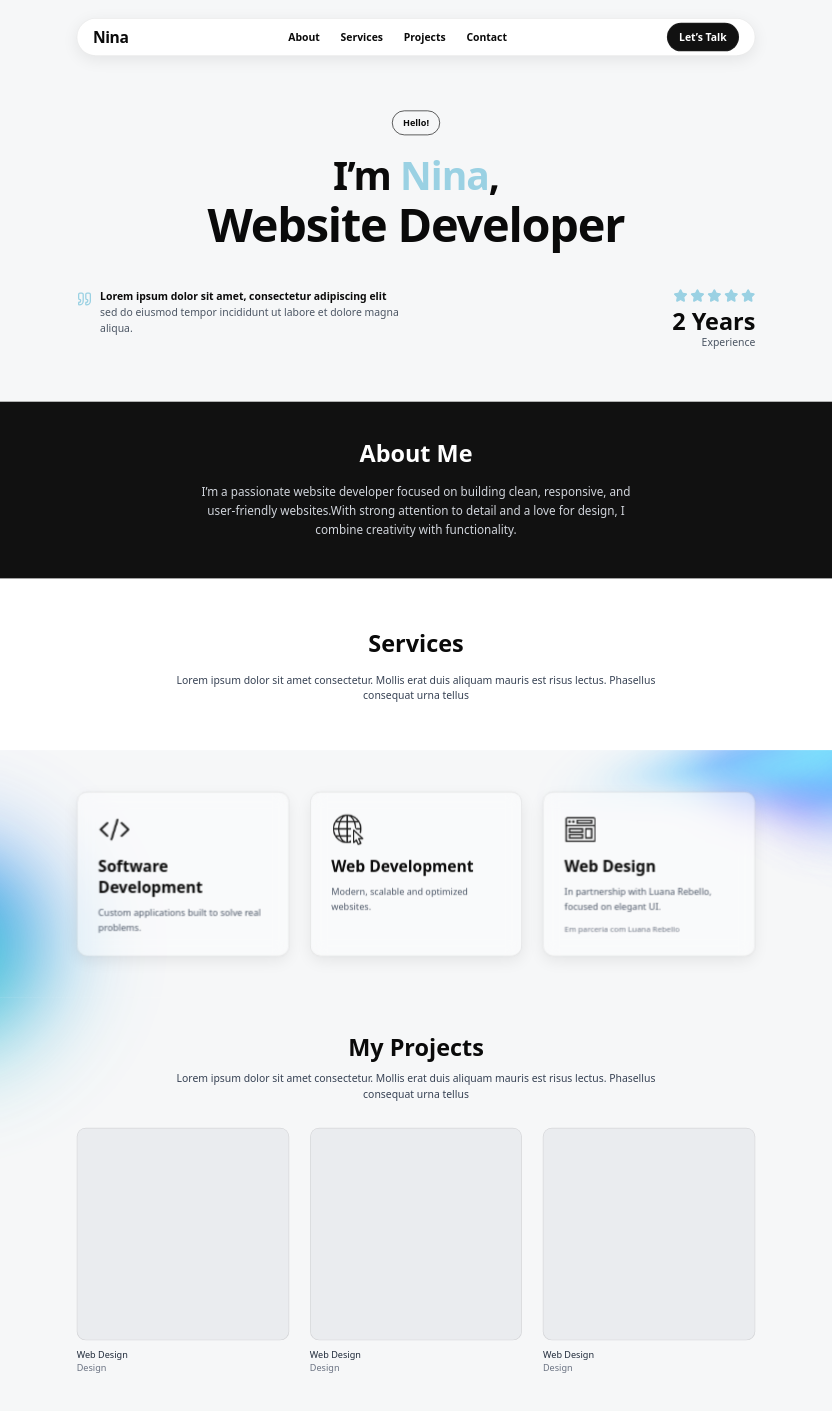
Repository: nina-rebello/portfolio
Page: /
The author's editor kept a copy of each file at every save. The page is drawn from the files as they stood at one save, then again after the next save.
The browser window is 1280 px wide. The pictures show the whole page, at 65% of full size.
The project was rebuilt for these pictures with package versions that can differ from the ones it lists, and the page was loaded fresh each time. The framework's server and built-in components were replaced by stand-ins that run in the browser. Also part of the build but not shown: next.config.ts.

Above is the page before, as saved 2025-09-11 17:57:09.

After the next save:
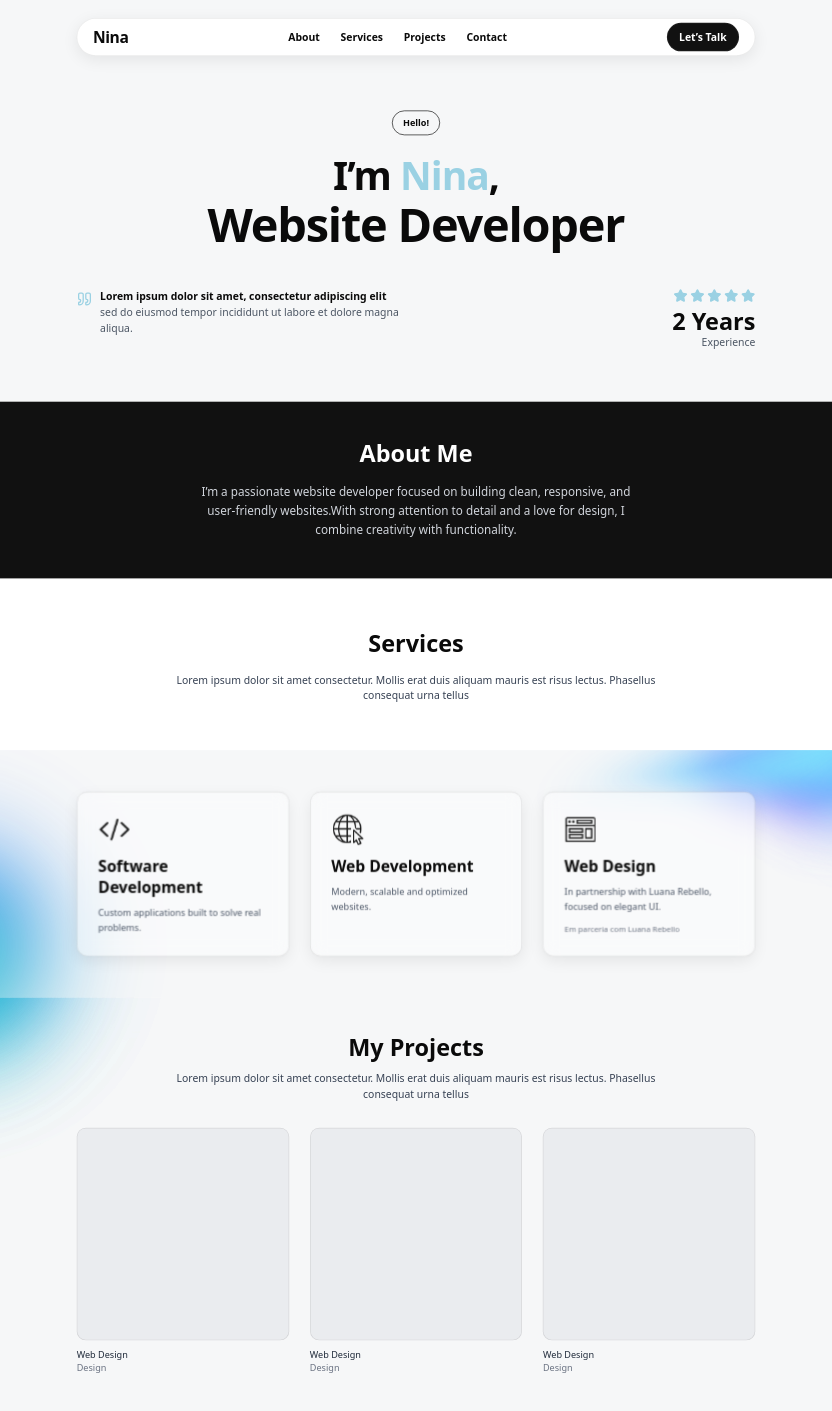
Saved 6 s later.
--- a/components/sections/Projects.tsx
+++ b/components/sections/Projects.tsx
@@ -14,6 +14,13 @@ export default function Projects() {
   {/* NÃO coloque bg branco aqui */}
   {/* se quiser aquele blob da direita, pode manter este: */}
    <div className="absolute inset-0 z-0 pointer-events-none select-none">
+        <Image
+                  src="/gradients/blur-gradient.png"
+                  alt=""
+                  width={760}
+                  height={760}
+                  className="absolute -top-117 right-230 w-[860px] opacity-70"
+        />
         <Image
                   src="/gradients/blur-gradient.png"
                   alt=""
